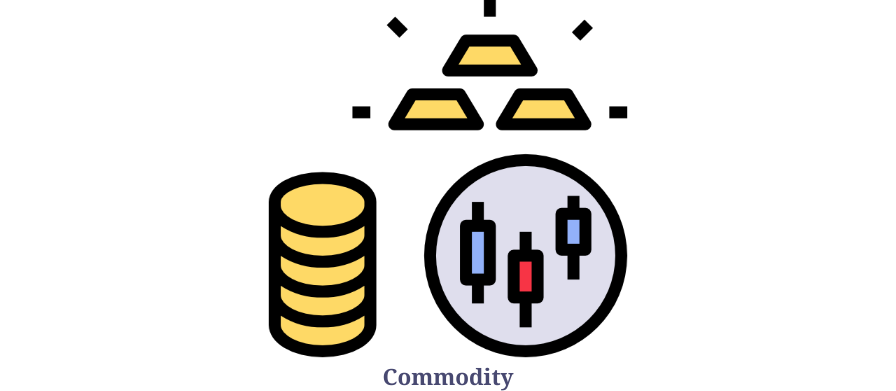
Repository: Demonster1999/Invest-Mart-new
Page: services.html
The author's editor kept a copy of each file at every save. The page is drawn from the files as they stood at one save, then again after the next save.
The browser window is 1280 px wide. The pictures show the part of the page from y = 1456 to 3376 px (the page is 2014 px tall before and 3376 px after), at 70% of full size.
Some web libraries are served in a nearby version.

Above is the page before, as saved 2020-05-01 21:42:30.
Console error: TypeError: Failed to execute 'addEventListener' on 'EventTarget': parameter 2 is not of type 'Object'.

### services.html
<!doctype html>
<html lang="en">

<head>
  <!-- Required meta tags -->
  <meta charset="utf-8">
  <meta name="viewport" content="width=device-width, initial-scale=1, shrink-to-fit=no">

  <!-- Material Design for Bootstrap fonts and icons -->
  <link rel="stylesheet" href="https://fonts.googleapis.com/css?family=Roboto:300,400,500,700|Material+Icons">

  <!-- Material Design for Bootstrap CSS -->
  <link rel="stylesheet"
    href="https://unpkg.com/bootstrap-material-design@4.1.1/dist/css/bootstrap-material-design.min.css"
    integrity="sha384-wXznGJNEXNG1NFsbm0ugrLFMQPWswR3lds2VeinahP8N0zJw9VWSopbjv2x7WCvX" crossorigin="anonymous">

    <link rel="stylesheet" href="static/css/custom.css">
  <title>Services: Invest-Smart</title>
</head>

<body style="color:#484971 ; font-family :Georgia, 'Times New Roman', Times, serif ;" onload="window.addEventListener('load', fadeEffect);">
  <!-- preloader start -->
<div class="preloader" style="opacity: 1;">
  <img src="static/imgs/preloaderspin.svg" class="filler-green" alt="spinner">
</div>
  <!-- preloader end  -->

  <!-- nav start -->

  <nav class="navbar navbar-expand-lg fixed-top   text-center   ">
     <a class="navbar-brand" href="#">
       <img src="static/imgs/smartlogo.png"  height = "50"
         class="d-inline-block align-top" alt="">

     </a>
  <button class="navbar-toggler" type="button" data-toggle="collapse" data-target="#navbarSupportedContent"
    aria-controls="navbarSupportedContent" aria-expanded="false" aria-label="Toggle navigation">
    <span class="navbar-toggler-icon material-icons">menu</span>
  </button>

    <div class="collapse navbar-collapse justify-content-end  " id="navbarSupportedContent">
      <ul class="navbar-nav ">
        <li class="nav-item active mx-2 p-2">
          <a class="nav-link2" href="index.html">Home <span class="sr-only">(current)</span></a>
        </li>

        <li class="nav-item mx-2  p-2">
          <a href="About.html" class="nav-link2">About</a>
        </li>
        <li class="nav-item mx-2 p-2"><a href="services.html" class="nav-link2 ">Services</a></li>
        <li class="nav-item mx-2 p-2"><a href="Account.html" class="nav-link2">Account</a></li>
        <li class="nav-item mx-2 p-2"><a href="pricing.html" class="nav-link2">Pricing</a> </li>
        <li class="nav-item mx-2 p-2">
          <a class="nav-link2 " href="kyc.html">KYC</a>
        </li>
        <li class="nav-item mx-2 p-2 dropdown">
          <a class="nav-link2 dropdown-toggle" href="#" id="navbarDropdown" role="button" data-toggle="dropdown"
            aria-haspopup="true" aria-expanded="false">
            More
          </a>
          <div class="dropdown-menu" style= "background-color : rgba(255,255,255,0.45)" aria-labelledby="navbarDropdown">
            <a class="dropdown-item" href="#">Live Market</a>
            <div class="dropdown-divider"></div>
            <a class="dropdown-item" href="#">Trade</a>
            <div class="dropdown-divider"></div>
            <a class="dropdown-item" href="#">Portfolio</a>
            <div class="dropdown-divider"></div>
            <a class="dropdown-item" href="#">My Profile</a>
          </div>
        </li>

      </ul>

    </div>
  </nav>

  <!--  services Banner  -->

  <div class="top-wrapper p-5 text-center ">

    <h1 >
      Our Services
    </h1>

  </div>

  <!-- services Provided
   -->
   <div class="services container-fluid pt-5 mt-5">
     <div class="row">
      <div class="col-md-6">
       <center>
        <img src="static/imgs/icons/equity.png" class="img-fluid m-2 p-2" width="40%" alt="">
        <h1 class=" p-2 m-2"> Equity </h1>
       </center>


       </div>
       <div class="col-md-6 p-5">
<p class="p-2 m-2 blockquote">
  The Smart Invest provides wide variety of services in Equity Market, suitable for Investors. Equity in the share
  market
  is broadly defined as a part of the companies capital that is held closely by a singular group of people comprising
  of
  investors, promoters. Institutions and alike, any investor looking to invest in equity is free to do so by means of
  IPO,
  mutual funds or direct trading in stock markets. Equity, In essence, is the market where both shares are issued as
  well
  as exchanged. There are two such modes of exchange namely trading and over the counter. Often referred to as the Share
  Trading System, equity is the standout singular market in an economy, the most indispensable of all markets which
  allow
  an organization to access capital directly. From the Indian perspective, NSE (National Stock Exchange) and BSE (Bombay
  Stock Exchange) are two such exchange market to trade in equities.
</p>
       </div>


     </div>
   </div>
      <div class="services container-fluid pt-5 mt-5" style="background-color: #fff;">
        <div class="row">

          <div class="col-md-6 p-5">
            <p class="p-2 m-2 blockquote">
              The Smart Invest provides wide variety of services in Commodity Market, suitable for Investors.An online commodity
              market that deals in trading of monetary segments rather than objects that are manufactured. There are examiners and
              speculators from over 50 important markets here accessing monetary trading which predominates any physical trading when
              a set of items are passed from one hand to another. In simple terms, prospects contracts are genuinely the best strategy
              that one can be equipped with to do a successful business. Online Commodity Market similar to equity also enjoys online
              commodity trading on the exchange across four prominent categories namely;
            </p>
          </div>
              <div class="col-md-6">
                <center>
                  <img src="static/imgs/icons/stock.png" class="img-fluid m-2 p-2" width="40%" alt="">
                  <h1 class=" p-2 m-2"> Commodity </h1>
                </center>


              </div>

        </div>
      </div>






    <script src="https://code.jquery.com/jquery-3.2.1.slim.min.js"
    integrity="sha384-KJ3o2DKtIkvYIK3UENzmM7KCkRr/rE9/Qpg6aAZGJwFDMVNA/GpGFF93hXpG5KkN"
    crossorigin="anonymous"></script>
  <script src="https://unpkg.com/popper.js@1.12.6/dist/umd/popper.js"
    integrity="sha384-fA23ZRQ3G/J53mElWqVJEGJzU0sTs+SvzG8fXVWP+kJQ1lwFAOkcUOysnlKJC33U"
    crossorigin="anonymous"></script>
  <script src="https://unpkg.com/bootstrap-material-design@4.1.1/dist/js/bootstrap-material-design.js"
    integrity="sha384-CauSuKpEqAFajSpkdjv3z9t8E7RlpJ1UP0lKM/+NdtSarroVKu069AlsRPKkFBz9"
    crossorigin="anonymous"></script>
  <script>$(document).ready(function () { $('body').bootstrapMaterialDesign(); });</script>
  <script>
    const preloader = document.querySelector('.preloader');
    const fadeEffect = setInterval(() => {
      // if we don't set opacity 1 in CSS, then
      // it will be equaled to "" -- that's why
      // we check it, and if so, set opacity to 1
      if (!preloader.style.opacity) {
        preloader.style.opacity = 1;
      }
      if (preloader.style.opacity > 0) {
        preloader.style.opacity -= 0.1;
        preloader.classList.add("loaded");
      } else {
        clearInterval(fadeEffect);
      }

    }, 100);



  </script>
</body>

</html>

### static/css/custom.css
* {
  margin: 0;
  padding: 0;
}

.overlay {
  position: fixed;
  top: 0;
  left: 0;
  width: 100%;
  height: 100%;
  z-index: 1000;
}

html,
body {
  height: 100%;
}

body::-webkit-scrollbar {
  width: 0;

}
/* Nav Style  */
.navbar{
  background-color: rgba(255,255,255,0.45);
}

a.nav-link2{
  font-weight: bolder;
  font-size: 20px;
  color:#484971;

  width:5%;
  transition: .5s;
}
 a.nav-link2:hover{
 color: hsl(351, 69%, 58%);
  font-weight: 900;
   font-size: 25px;

 width:100%;

}
.nav-item a.nav-link:active {
   color: hsl(351, 69%, 58%);
   font-weight: 900;
   font-size: 25px;
   border-bottom: solid #de4a61;
   width: 100%;

 }

 /* nav Styles End  */

/* Picture Caption Hover Effect  */
.container2 {
  position: relative;
  width: 50%;
}

.image {
  display: block;
  width: 100%;
  height: auto;
}

.overlay {
  position: absolute;
  bottom: 0;
  left: 0;
  right: 0;
  background-color: #fff;
  overflow: hidden;
  width: 100%;
  height: 0;
  transition: .5s ease;
}

.container2:hover .overlay {
  height: 100%;
}

.text {
  color: #484971;
  font-size: 15px;
  font-weight: bold;
  position: absolute;
  top: 50%;
  left: 50%;
  -webkit-transform: translate(-50%, -50%);
  -ms-transform: translate(-50%, -50%);
  transform: translate(-50%, -50%);
  text-align: justify;
}
/* Picture Caption hover Effect end  */

.carousel-inner {
  width: 100%;


}

/* main page Carousel */
.carousel-item img {
  opacity: 0.2;
  width: 100%;
  height : 640px;
  object-fit: cover;
}

/* carosel Caption for main page  */
.carousel-caption {
  position : absolute;
  text-align: center;
  top : 30%;
  position:absolute;
  z-index: 30px;

}

/* Position of Join us button and hover */
.pos {
  position: absolute;
  z-index: 60px;
  bottom : 0;
  right: 0;
  font-size: 25px;

}
.pos:hover{
     border: 1px solid #888;
    }


    /* preloader effect */
.preloader {
  align-items: center;
  background: #fff;
  display: flex;
  height: 100vh;
  justify-content: center;
  left: 0;
  position: fixed;
  top: 0;
  transition: opacity 0.3s linear;
  width: 100%;
  z-index: 9999;
  opacity: 1;
  transform: opacity 1s linear;


}
 .filter-green {
   fill: red;

 }
.preloader.loaded {

  display: none;
}

    /* preloader  */


    /* Top wrapper  */
.top-wrapper{
 width : 100%;
 height : 320px;
  background-color: #fff;

}
.top-wrapper h1{
  position: relative;
  color: #8C001A;
  top : 50%;
  filter: blur(1px);
  font-family: cursive;
}

.ourteam{
width:100%;
filter: blur(2px);
opacity: 0.5;

}

.ourteam-text2 {

  color: #484971;
  font-size: 20px;
  font-weight: 500;
  text-align: justify;
  font-family: Cambria,
    Cochin,
    Georgia,
    Times,
    'Times New Roman',
    serif;
}

.ourteam + h1{
  position: absolute;
  top: 40%;
  left : 20%;
  text-align: center;
  color: #8C001A;
  border-bottom: 5px #97cc5e solid;
  border-top: 5px #97cc5e solid;

}


.ourteam-text{

color:#484971;
font-size: 20px ;
font-weight: 500;
text-align: justify;
font-family: Cambria,
Cochin,
Georgia,
Times,
'Times New Roman',
serif;
}


.employee
{
 width: 100%;
 height : 640px;
 filter: drop-shadow(3px);

}

.employee + h1 {
  position: absolute;
  top: 50%;
  color: #fff;

}
@media only screen and (min-width: 768px){


.ourteam + h1 {
  position: absolute;
  top: 40%;
  left: 25%;
  text-align: center;
  font-size: 100px;
  font-family: cursive;
  z-index: 10px;

}

.ourteam-text {

  position: relative;
  top : 25%;
  font-size: xx-large;
}




}

After the next save:
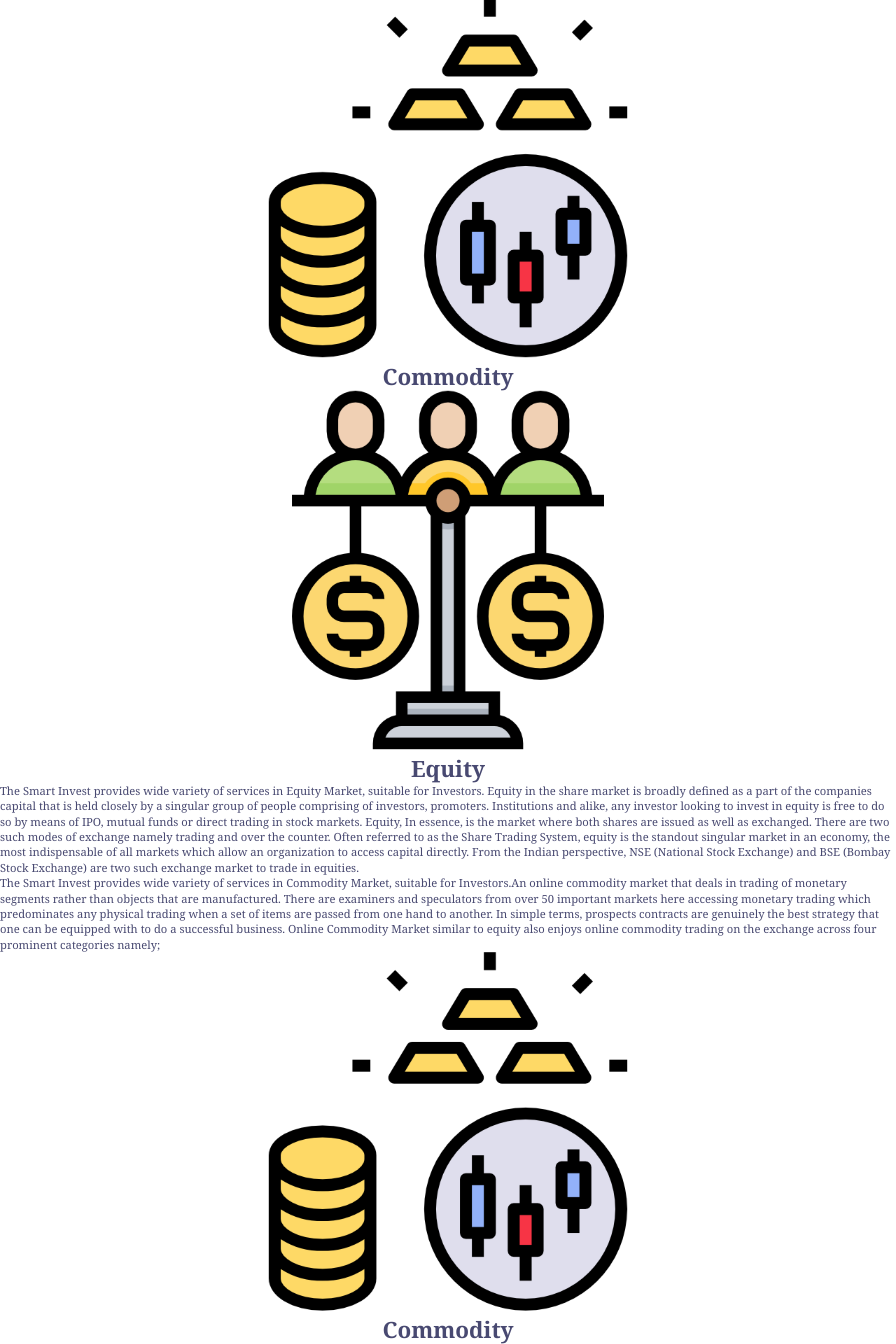
Saved 29 s later.
--- a/services.html
+++ b/services.html
@@ -141,6 +141,73 @@
 
         </div>
       </div>
+
+        <div class="services container-fluid pt-5 mt-5">
+          <div class="row">
+            <div class="col-md-6">
+              <center>
+                <img src="static/imgs/icons/equity.png" class="img-fluid m-2 p-2" width="40%" alt="">
+                <h1 class=" p-2 m-2"> Equity </h1>
+              </center>
+
+
+            </div>
+            <div class="col-md-6 p-5">
+              <p class="p-2 m-2 blockquote">
+                The Smart Invest provides wide variety of services in Equity Market, suitable for Investors. Equity in the share
+                market
+                is broadly defined as a part of the companies capital that is held closely by a singular group of people
+                comprising
+                of
+                investors, promoters. Institutions and alike, any investor looking to invest in equity is free to do so by means
+                of
+                IPO,
+                mutual funds or direct trading in stock markets. Equity, In essence, is the market where both shares are issued
+                as
+                well
+                as exchanged. There are two such modes of exchange namely trading and over the counter. Often referred to as the
+                Share
+                Trading System, equity is the standout singular market in an economy, the most indispensable of all markets
+                which
+                allow
+                an organization to access capital directly. From the Indian perspective, NSE (National Stock Exchange) and BSE
+                (Bombay
+                Stock Exchange) are two such exchange market to trade in equities.
+              </p>
+            </div>
+
+
+          </div>
+        </div>
+        <div class="services container-fluid pt-5 mt-5" style="background-color: #fff;">
+          <div class="row">
+
+            <div class="col-md-6 p-5">
+              <p class="p-2 m-2 blockquote">
+                The Smart Invest provides wide variety of services in Commodity Market, suitable for Investors.An online
+                commodity
+                market that deals in trading of monetary segments rather than objects that are manufactured. There are examiners
+                and
+                speculators from over 50 important markets here accessing monetary trading which predominates any physical
+                trading when
+                a set of items are passed from one hand to another. In simple terms, prospects contracts are genuinely the best
+                strategy
+                that one can be equipped with to do a successful business. Online Commodity Market similar to equity also enjoys
+                online
+                commodity trading on the exchange across four prominent categories namely;
+              </p>
+            </div>
+            <div class="col-md-6">
+              <center>
+                <img src="static/imgs/icons/stock.png" class="img-fluid m-2 p-2" width="40%" alt="">
+                <h1 class=" p-2 m-2"> Commodity </h1>
+              </center>
+
+
+            </div>
+
+          </div>
+        </div>
 
 
 
